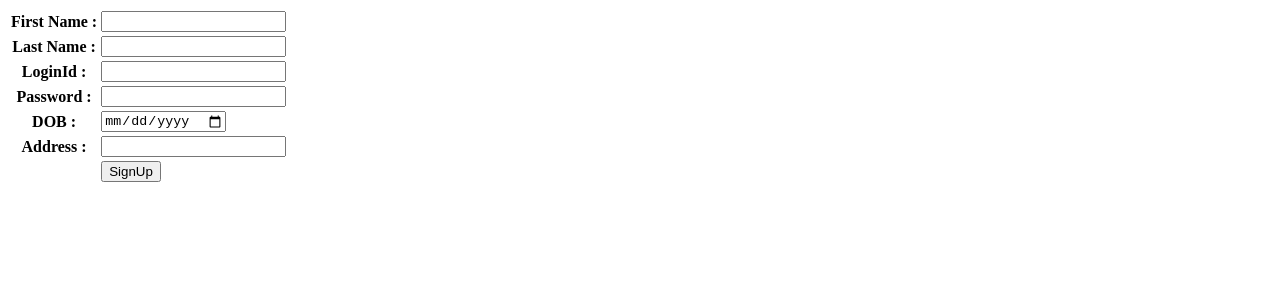
Repository: vikash9562/AdvanceJava
Page: http://localhost/DynamicProject/UserRegistration.jsp
An editor plug-in stored every save of this project. The page is shown before and after the next save, followed by the edit.
The browser window is 1280 px wide. The pictures show the whole page.
The page is served by Tomcat 9.

Above is the page before, as saved 2023-08-16 07:28:47.

After the next save:
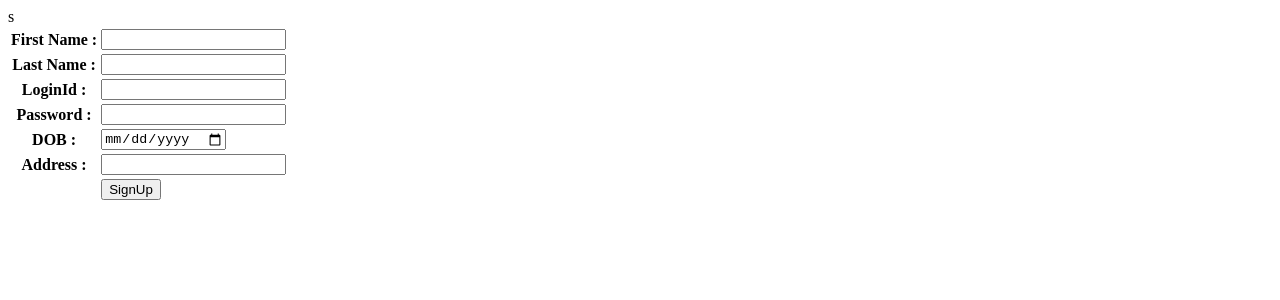
Saved 94 s later.
--- a/advance java/DynamicProject/WebContent/UserRegistration.jsp
+++ b/advance java/DynamicProject/WebContent/UserRegistration.jsp
@@ -8,7 +8,7 @@
 </head>
 <body>
 	<form action="Welcome.jsp" method="post">
-		<table>
+		<table>s
 			<tr>
 				<th>First Name :</th>
 				<td><input type="text" name="firstName"></td>
